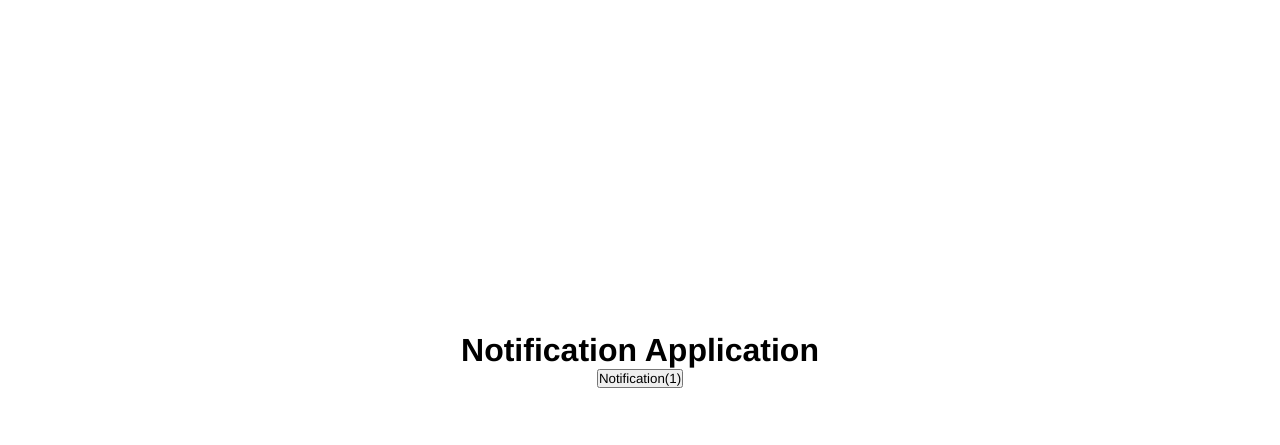
Repository: ThabangMpiti/notification3
Page: / (app in notipopu/)
These files come from the project's save history. The page is drawn as it stood at one moment and after the next save; the edit follows.
The browser window is 1280 px wide. The pictures show the whole page.
The project was rebuilt for these pictures with package versions that can differ from the ones it lists, and the page was loaded fresh each time.

Above is the page before, as saved 2023-07-17 02:56:56.

After the next save:
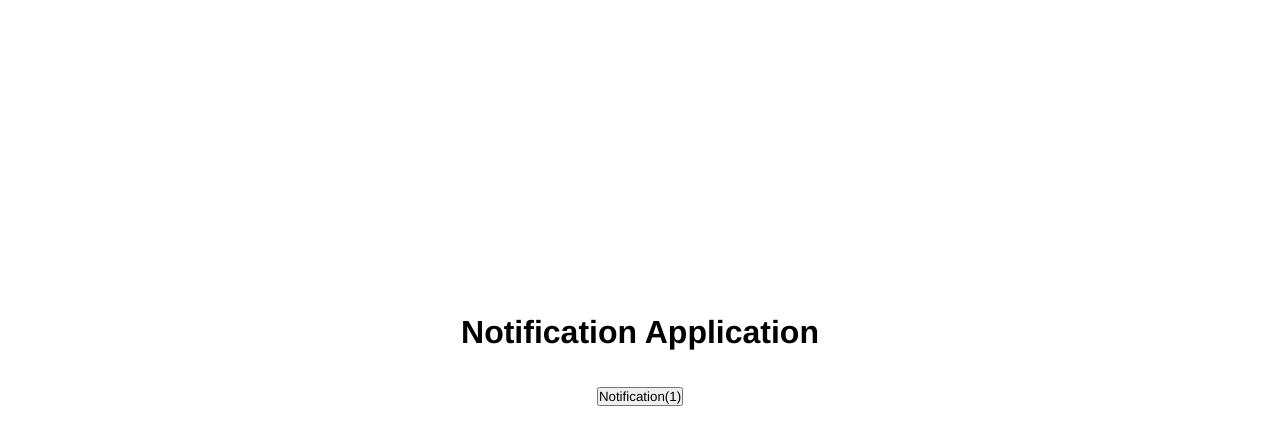
Saved 59 s later.
--- a/notipopu/src/App.js
+++ b/notipopu/src/App.js
@@ -5,6 +5,7 @@ function App() {
     <div className="App">
     <main>
       <h1>Notification Application</h1>
+      <br/><br/>
       <button>Notification(1)</button>
       </main>
     </div>
